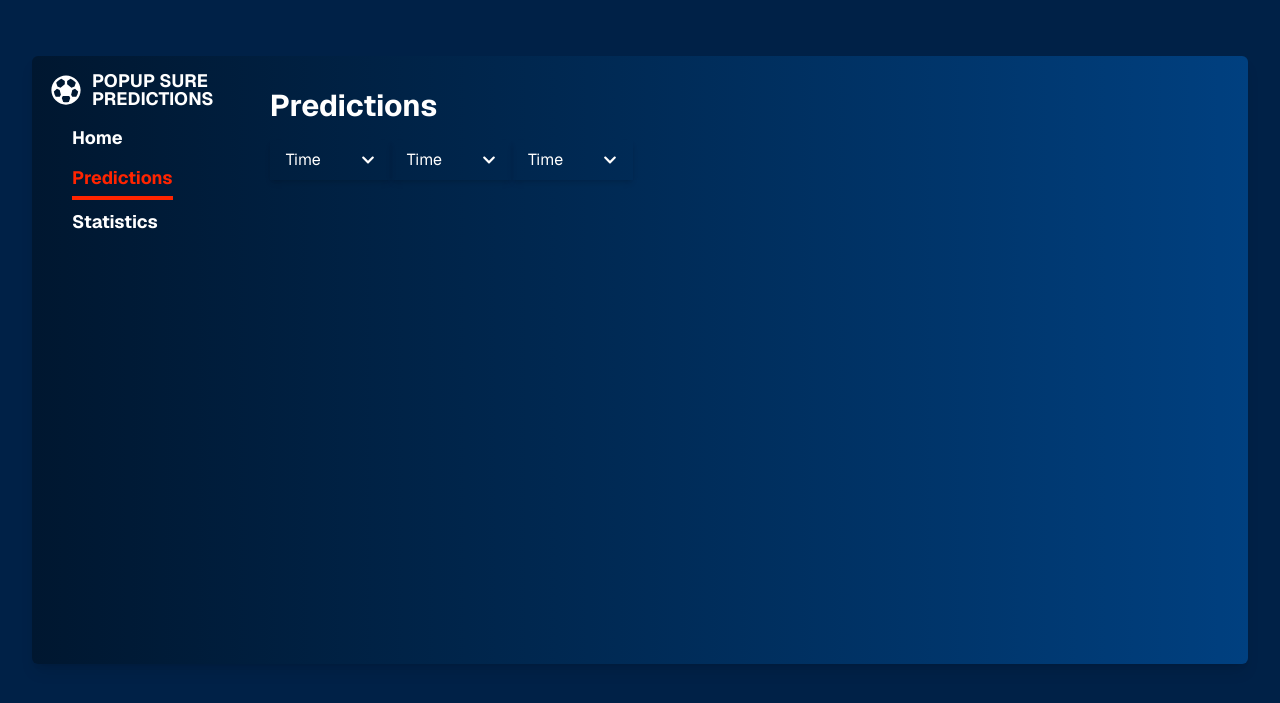
Repository: prototypedave/AlgoFooty
Page: /predictions (app in frontend/algo-footy/)
An editor plug-in stored every save of this project. The page is shown before and after the next save, followed by the edit.
The browser window is 1280 px wide. The pictures show the whole page.
The project was rebuilt for these pictures with package versions that can differ from the ones it lists, and the page was loaded fresh each time. The framework's server and built-in components were replaced by stand-ins that run in the browser. Also part of the build but not shown: frontend/algo-footy/next.config.ts.

Above is the page before, as saved 2025-11-03 07:16:07.

After the next save:
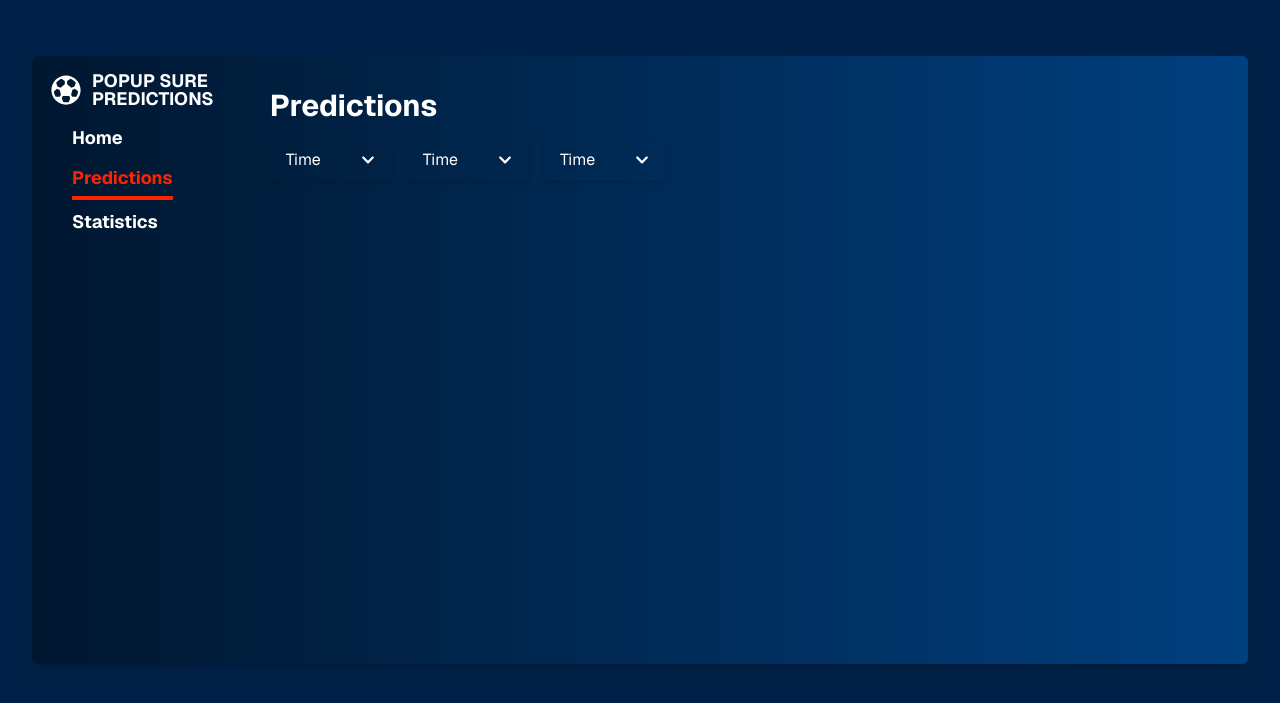
Saved 35 s later.
--- a/frontend/algo-footy/app/predictions/page.tsx
+++ b/frontend/algo-footy/app/predictions/page.tsx
@@ -38,7 +38,7 @@
                 </div>
                 <div className="flex flex-col p-4 gap-4">
                     <h1 className="text-3xl font-bold">Predictions</h1>
-                    <div>
+                    <div className="flex gap-4">
                             <DropdownButton />
                             <DropdownButton />
                             <DropdownButton />

After the save that followed:
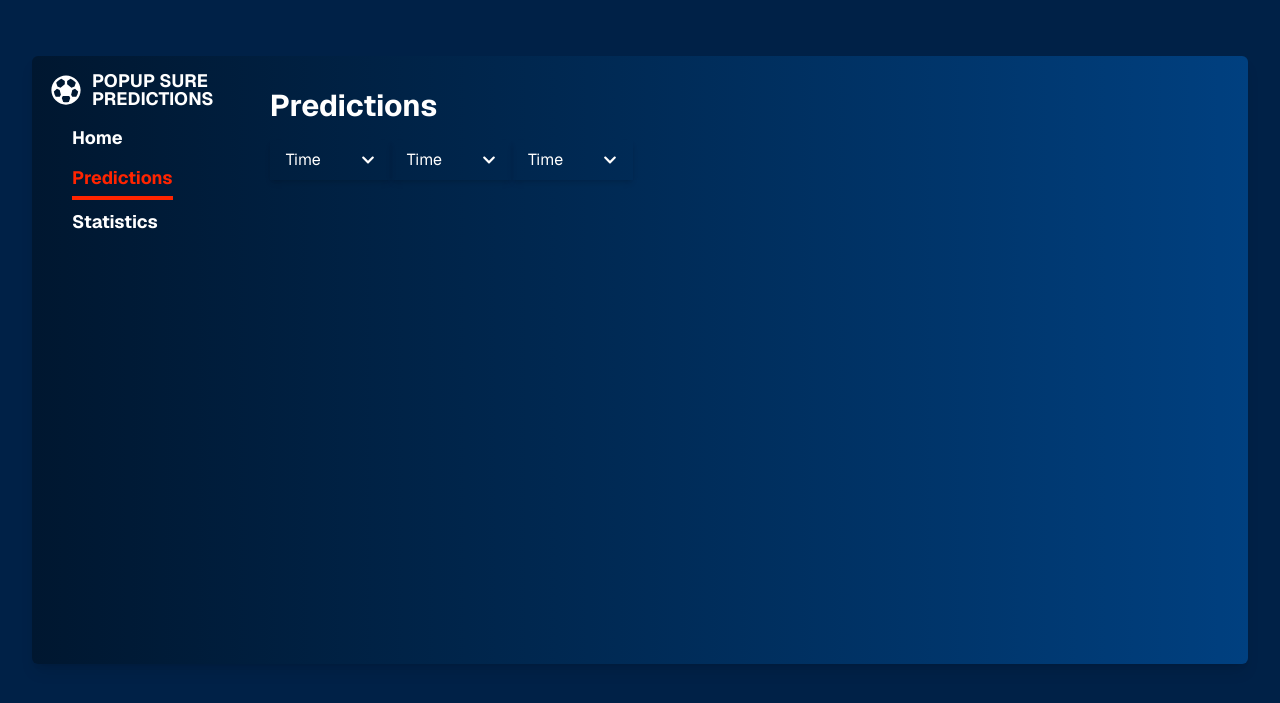
Saved 52 s later.
--- a/frontend/algo-footy/app/predictions/page.tsx
+++ b/frontend/algo-footy/app/predictions/page.tsx
@@ -38,7 +38,7 @@
                 </div>
                 <div className="flex flex-col p-4 gap-4">
                     <h1 className="text-3xl font-bold">Predictions</h1>
-                    <div className="flex gap-4">
+                    <div className="flex justify-around">
                             <DropdownButton />
                             <DropdownButton />
                             <DropdownButton />
